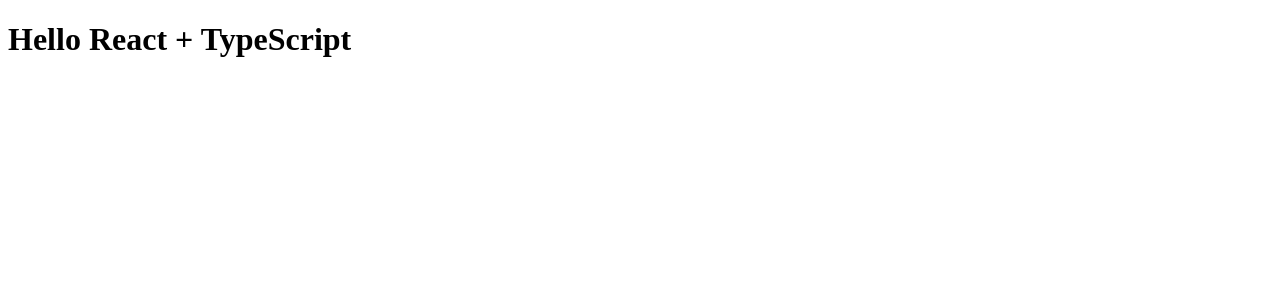
Repository: HubertDudaDeveloper/React-Sandbox
Page: /
The author's editor kept a copy of each file at every save. The page is drawn from the files as they stood at one save, then again after the next save.
The browser window is 1280 px wide. The pictures show the whole page.
The project was rebuilt for these pictures with package versions that can differ from the ones it lists, and the page was loaded fresh each time. Also part of the build but not shown: vite.config.js.

Above is the page before, as saved 2025-04-27 16:59:38.

After the next save:
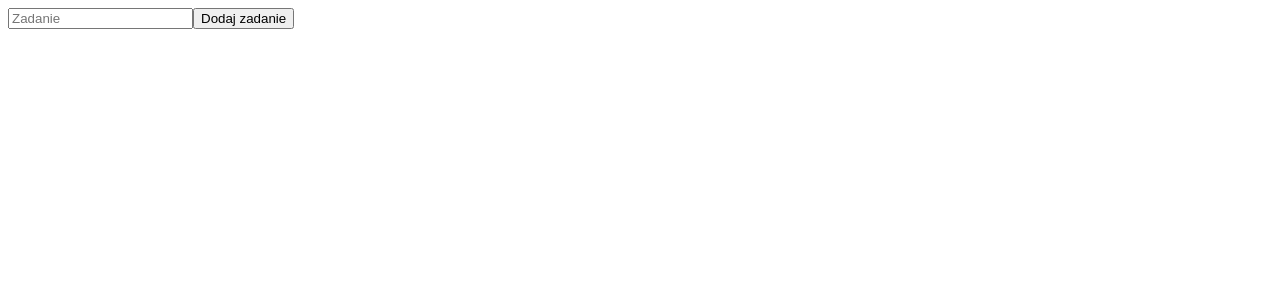
Saved 69 s later.
--- a/src/App.tsx
+++ b/src/App.tsx
@@ -1,11 +1,11 @@
-import '@/styles/App.scss'
-import ToDo from '@/components/ToDo.tsx';
+import '@/styles/App.scss';
+import ToDo from '@/components/ToDo';
 
 const App = () => {
   return (
-    <div>
-      <h1>Hello React + TypeScript</h1>
-    </div>
+    <>
+     <ToDo/>
+    </>
   );
 };
 
